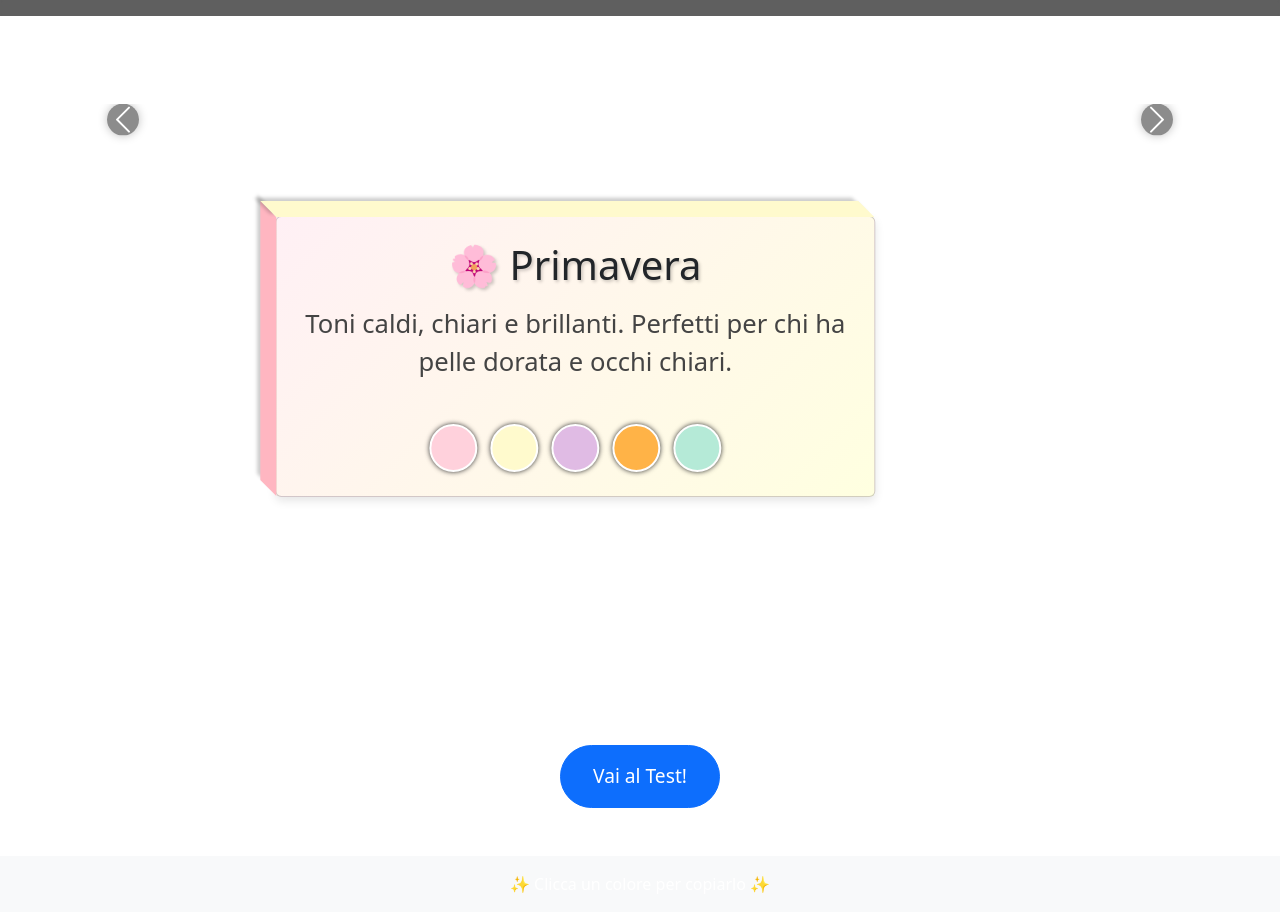
Repository: Probyte5D/Armocromia-website
Page: index.html
An editor plug-in stored every save of this project. The page is shown before and after the next save, followed by the edit.
The browser window is 1280 px wide. The pictures show the part of the page from y = 596 to 1548 px (the page is 1508 px tall before and 1548 px after).
Pictures or frames that could not be fetched are drawn as grey boxes. Backgrounds fixed to the window are drawn as part of the page.

Above is the page before, as saved 2025-04-18 04:26:43.

### index.html
<!DOCTYPE html>
<html lang="it">
<head>
  <meta charset="UTF-8" />
  <meta name="viewport" content="width=device-width, initial-scale=1.0" />
  <title>Armocromia - Scopri la tua stagione</title>

  <!-- CSS personalizzato -->
  <link rel="stylesheet" href="style.css" />

  <link href="https://fonts.googleapis.com/css2?family=Outfit:wght@300;500;700&display=swap" rel="stylesheet">
  <link href="https://fonts.googleapis.com/css2?family=Outfit:wght@300;500;700&display=swap" rel="stylesheet">
  <!-- Bootstrap CSS -->
  <link href="https://cdn.jsdelivr.net/npm/bootstrap@5.3.0-alpha1/dist/css/bootstrap.min.css" rel="stylesheet">
</head>

<body>

  <!-- NAVBAR -->
  <nav class="navbar navbar-expand-lg navbar-dark fixed-top" style="background-color: rgba(0, 0, 0, 0.5);">
    <div class="container-fluid">
      <a class="navbar-brand" href="#">
        <img src="images/logo.png" alt="Logo Armocromia" style="height: 40px;">
      </a>
      <button class="navbar-toggler" type="button" data-bs-toggle="collapse" data-bs-target="#navbarNav" aria-controls="navbarNav" aria-expanded="false" aria-label="Toggle navigation">
        <span class="navbar-toggler-icon"></span>
      </button>

      <div class="collapse navbar-collapse" id="navbarNav">
        <ul class="navbar-nav ms-auto">
          <li class="nav-item"><a class="nav-link" href="#">Home</a></li>
          <li class="nav-item"><a class="nav-link" href="#">About</a></li>
          <li class="nav-item"><a class="nav-link" href="test.html">Test Armocromia</a></li>
          <li class="nav-item"><a class="nav-link" href="#">Contact</a></li>
        </ul>
      </div>
    </div>
  </nav>

  <!-- HEADER -->
  <header>
    <h1>  <img src="images/logo.png" alt="Logo Armocromia" style="height: 10rem;"> Armocromia</h1>
    <p>Scopri le palette perfette per la tua stagione.</p>
    <button class="btn btn-outline-light mt-3" data-bs-toggle="modal" data-bs-target="#introModal">Cos'è l'Armocromia?</button>
    <div class="scroll-down">↓</div>
  </header>

  <!-- MODAL -->
  <div class="modal fade" id="introModal" tabindex="-1" aria-labelledby="introModalLabel" aria-hidden="true">
    <div class="modal-dialog">
      <div class="modal-content rounded-4 shadow">
        <div class="modal-header">
          <h5 class="modal-title">Benvenuto nel mondo dell’armocromia ✨</h5>
          <button type="button" class="btn-close" data-bs-dismiss="modal"></button>
        </div>
        <div class="modal-body">
          L'armocromia è lo studio dei colori più adatti a te in base a incarnato, occhi e capelli.
        </div>
        <div class="modal-footer">
          <button type="button" class="btn btn-primary" data-bs-dismiss="modal">Inizia!</button>
        </div>
      </div>
    </div>
  </div>

  <!-- MAIN -->
  <main>
    <section class="carousel-container">
      <div id="carouselExample" class="carousel slide" data-bs-ride="carousel">
        <div class="carousel-inner">
          <!-- Card Primavera -->
          <div class="carousel-item active">
            <div class="card primavera">
              <h3>🌸 Primavera</h3>
              <p>Toni caldi, chiari e brillanti. Perfetti per chi ha pelle dorata e occhi chiari.</p>
              <div class="palette">
                <div class="color" style="background-color: #FFD1DC;"></div>
                <div class="color" style="background-color: #FFFACD;"></div>
                <div class="color" style="background-color: #E0BBE4;"></div>
                <div class="color" style="background-color: #FFB347;"></div>
                <div class="color" style="background-color: #B5EAD7;"></div>
              </div>
            </div>
          </div>

          <!-- Card Estate -->
          <div class="carousel-item">
            <div class="card estate">
              <h3>☀️ Estate</h3>
              <p>Toni freddi e soft, ideali per carnagioni rosate e occhi chiari.</p>
              <div class="palette">
                <div class="color" style="background-color: #BFD7EA;"></div>
                <div class="color" style="background-color: #D6E2E9;"></div>
                <div class="color" style="background-color: #A2D2FF;"></div>
                <div class="color" style="background-color: #CDB4DB;"></div>
                <div class="color" style="background-color: #E2F0CB;"></div>
              </div>
            </div>
          </div>

          <!-- Card Autunno -->
          <div class="carousel-item">
            <div class="card autunno">
              <h3>🍁 Autunno</h3>
              <p>Toni caldi, intensi e terrosi. Per incarnati dorati e occhi scuri o verdi.</p>
              <div class="palette">
                <div class="color" style="background-color: #D2691E;"></div>
                <div class="color" style="background-color: #C3B091;"></div>
                <div class="color" style="background-color: #A0522D;"></div>
                <div class="color" style="background-color: #F4A460;"></div>
                <div class="color" style="background-color: #B22222;"></div>
              </div>
            </div>
          </div>

          <!-- Card Inverno -->
          <div class="carousel-item">
            <div class="card inverno">
              <h3>❄️ Inverno</h3>
              <p>Toni freddi e contrastati, perfetti per pelli olivastre e capelli scuri.</p>
              <div class="palette">
                <div class="color" style="background-color: #000000;"></div>
                <div class="color" style="background-color: #4169E1;"></div>
                <div class="color" style="background-color: #8A2BE2;"></div>
                <div class="color" style="background-color: #FF1493;"></div>
                <div class="color" style="background-color: #00CED1;"></div>
              </div>
            </div>
          </div>
        </div>

        <!-- Controlli carousel -->
        <button class="carousel-control-prev" type="button" data-bs-target="#carouselExample" data-bs-slide="prev">
          <span class="carousel-control-prev-icon"></span>
        </button>
        <button class="carousel-control-next" type="button" data-bs-target="#carouselExample" data-bs-slide="next">
          <span class="carousel-control-next-icon"></span>
        </button>
      </div>
    </section>

    <!-- Link test -->
    <section class="test-link text-center mt-5">
      <a href="test.html"><button id="vai-al-test" class="btn btn-primary">Vai al Test!</button></a>
    </section>
  </main>

  <!-- Footer -->
  <footer class="text-center mt-5 p-3 bg-light">
    <p>✨ Clicca un colore per copiarlo ✨</p>
  </footer>

  <!-- TOAST -->
  <div class="toast-container position-fixed bottom-0 end-0 p-3">
    <div id="copyToast" class="toast text-bg-success border-0" role="alert">
      <div class="d-flex">
        <div class="toast-body">Colore copiato!</div>
        <button type="button" class="btn-close btn-close-white me-2 m-auto" data-bs-dismiss="toast"></button>
      </div>
    </div>
  </div>

  <!-- Bootstrap & Script -->
  <script src="https://cdn.jsdelivr.net/npm/bootstrap@5.3.0-alpha1/dist/js/bootstrap.bundle.min.js"></script>
  <script src="script.js">

    // Inizializza carousel
const myCarousel = document.querySelector('#carouselExample');
if (myCarousel) {
  new bootstrap.Carousel(myCarousel);
}

// Clicca su colore per copiarlo
document.querySelectorAll('.color').forEach(el => {
  el.addEventListener('click', () => {
    navigator.clipboard.writeText(el.style.backgroundColor);
    const toast = new bootstrap.Toast(document.getElementById('copyToast'));
    toast.show();
  });
});

  const openBtn = document.getElementById('openModalBtn');
  const modal = document.getElementById('modal');
  const closeBtn = document.getElementById('closeModalBtn');

  openBtn.onclick = () => modal.style.display = 'flex';
  closeBtn.onclick = () => modal.style.display = 'none';

  window.onclick = e => {
    if (e.target === modal) {
      modal.style.display = 'none';
    }
  };
  document.querySelectorAll('.color').forEach(el => {
  el.addEventListener('click', () => {
    // Aggiungi la classe 'selected'
    el.classList.add('selected');
    setTimeout(() => el.classList.remove('selected'), 1000); // Rimuovi dopo 1 secondo
  });
});

</script>


  </script>
</body>
</html>

### style.css
/* Resetta eventuali margini e padding in eccesso */
body, html {
  margin: 0;
  padding: 0;
}


body {
  font-family: 'Roboto', sans-serif;
  margin: 0;
  padding: 0;
  background-color: #f0f0f0;
}

header h1 {
  font-size: 4.5rem; /* Font più grande per titoli principali */
}

header p {
  font-size: 2rem; /* Font più grande per il paragrafo */
}

/* Media Queries per schermi più grandi (desktop) */
@media (max-width: 1200px) {
  header h1 {
    font-size: 4rem; /* Titoli un po' più piccoli per schermi da 1200px */
  }

  header p {
    font-size: 1.8rem; /* Paragrafo più grande */
  }

  .card h3 {
    font-size: 2rem; /* Aumenta la dimensione del titolo della card */
  }

  .card p {
    font-size: 1.4rem; /* Paragrafo nelle card più grande */
  }

  nav ul li {
    font-size: 1.5rem; /* Aumenta la dimensione dei link di navigazione */
  }
}

/* Media Queries per schermi di medie dimensioni */
@media (max-width: 1024px) {
  header h1 {
    font-size: 3.5rem; /* Riduci leggermente la dimensione del titolo per schermi più piccoli */
  }

  header p {
    font-size: 1.6rem; /* Paragrafo più grande anche per schermi medi */
  }

  .carousel-item h3 {
    font-size: 1.8rem; /* Aumenta il titolo nella carousel */
  }

  .card p {
    font-size: 1.3rem; /* Paragrafo più grande nelle card */
  }
}

/* Media Queries per schermi più piccoli (tablet, mobile) */
@media (max-width: 768px) {
  header h1 {
    font-size: 3rem; /* Riduci il titolo, ma ancora abbastanza grande */
  }

  header p {
    font-size: 1.4rem; /* Paragrafo più grande per tablet e mobile */
  }

  .card h3 {
    font-size: 1.6rem; /* Titoli nelle card più grandi */
  }

  .card p {
    font-size: 1.2rem; /* Aumenta la dimensione del paragrafo nella card */
  }

  nav ul li {
    font-size: 1.4rem; /* Più grande anche il testo della navigazione */
  }
}

/* Media Queries per schermi molto piccoli (mobile) */
@media (max-width: 480px) {
  header h1 {
    font-size: 2.5rem; /* Titolo grande ma non troppo grande per schermi piccoli */
  }

  header p {
    font-size: 1.3rem; /* Paragrafo leggibile anche sui dispositivi mobili */
  }

  .card h3 {
    font-size: 1.4rem; /* Più grande anche il titolo delle card */
  }

  .card p {
    font-size: 1.1rem; /* Paragrafo più grande, ma leggibile anche su schermi piccoli */
  }

  nav ul li {
    font-size: 1.3rem; /* La dimensione del testo della navigazione rimane leggibile */
  }
}
.html{
  font-size: 62.5%;
  scroll-behavior: smooth;
}

header {

    height: 85vh; /* oppure 50vh, 40vh, a seconda dell'effetto desiderato */

  background: url('https://images.unsplash.com/photo-1558452337-ca6e53836504?w=500&auto=format&fit=crop&q=60&ixlib=rb-4.0.3&ixid=M3wxMjA3fDB8MHxzZWFyY2h8MTMyfHxhcm1vY3JvbWlhJTIwcGFsZXR0ZSUyMHBpdHR1cmF8ZW58MHx8MHx8fDI%3D') no-repeat center center/cover;
  color: white;
  display: flex;
  flex-direction: column;
  justify-content: center;
  align-items: center;
  text-align: center;
  background-attachment: fixed;
  padding: 20px;
  position: relative; /* importante per ::before */
}



.card {
  background-color: white;
  border: none;
  border-radius: 20px;
  padding: 2rem;
  box-shadow: 0 8px 20px rgba(0, 0, 0, 0.1);
  margin: 2rem auto;
  max-width: 600px;
  text-align: center;
}

.palette {
  display: flex;
  justify-content: center;
  gap: 10px;
  margin-top: 1rem;
}

.color {
  width: 40px;
  height: 40px;
  border-radius: 50%;
  cursor: pointer;
  border: 2px solid #fff;
  box-shadow: 0 2px 5px rgba(0,0,0,0.1);
}

#vai-al-test {
  padding: 1rem 2rem;
  font-size: 1.2rem;
  border-radius: 50px;
}


header::before {
  content: '';
  position: absolute;
  top: 0;
  left: 0;
  width: 100%;
  height: 100%;
  background: rgba(0, 0, 0, 0.4);
  backdrop-filter: blur(2px);
}

header h1, header p, header button {
  position: relative;
  z-index: 2;
}

/* Navigation Bar */
nav {
  position: fixed;
  top: 0;
  left: 0;
  width: 100%;
  background-color: #2C3E50;
  padding: 15px 30px;
  z-index: 1000;
}

nav ul {
  display: flex;
  justify-content: space-around;
  list-style: none;
  margin: 0;
  padding: 0;
}

nav ul li {
  font-size: 1.2rem;
}

nav ul li a {
  color: white;
  text-decoration: none;
  padding: 10px 20px;
  border-radius: 5px;
  transition: background-color 0.3s ease;
}

nav ul li a:hover {
  background-color: #3498db;
}

/* Carosello e Cards */
.carousel {
  display: flex;
  justify-content: space-between;
  gap: 20px;
  margin: 40px 0;
  overflow-x: auto;
  padding: 20px;
}

.card {
  width: 250px;
  padding: 20px;
  background-color: white;
  border-radius: 10px;
  box-shadow: 0 4px 10px rgba(0, 0, 0, 0.1);
  transition: transform 0.3s ease;
}

.card:hover {
  transform: scale(1.05);
}

.card h3 {
  font-size: 1.5rem;
  margin-bottom: 15px;
}

.card p {
  font-size: 1.1rem;
  color: #555;
}

.palette {
  display: flex;
  justify-content: space-between;
  gap: 10px;
  margin-top: 10px;
}

.color {
  width: 50px;
  height: 50px;
  border-radius: 8px;
  box-shadow: 0 4px 8px rgba(0, 0, 0, 0.1);
}

/* Footer */
footer {
  text-align: center;
  padding: 20px;
  background-color: #2C3E50;
  color: white;
}

footer p {
  font-size: 1rem;
  margin: 0;
}

/* Media Queries */
@media (max-width: 768px) {
  header h1 {
    font-size: 2.5rem;
  }

  header p {
    font-size: 1.2rem;
  }

  nav ul {
    flex-direction: column;
    align-items: center;
  }

  nav ul li {
    margin: 10px 0;
  }

  .carousel {
    flex-direction: column;
    align-items: center;
  }
}

.carousel {
  display: flex;
  flex-wrap: wrap;
  justify-content: center;
  gap: 3rem;
  padding: 5rem 2rem;
}

.card {
  position: relative;
  width: 30rem;
  padding: 3rem;
  border-radius: 1.5rem;
  background-color: rgba(255, 255, 255, 0.9);
  box-shadow: 0.8rem 0.8rem 2rem rgba(0, 0, 0, 0.3);
  transform: rotateY(10deg) skewX(-1deg);
  transition: transform 0.4s, box-shadow 0.4s;
  display: flex;
  flex-direction: column;
  align-items: center;
  text-align: center;
}

.card:hover {
  transform: rotateY(10deg) skewX(-1deg) translateY(-1rem);
  box-shadow: 1.5rem 1.5rem 3rem rgba(0, 0, 0, 0.4);
}

.card::before {
  content: "";
  position: absolute;
  top: 0;
  left: -1rem;
  width: 1rem;
  height: 100%;
  background-color: #bba584;
  transform: skewY(45deg);
  transform-origin: right;
  box-shadow: -.2rem -.2rem .2rem rgba(0,0,0,0.2);
}

.card::after {
  content: "";
  position: absolute;
  top: -1rem;
  left: 0;
  width: 100%;
  height: 1rem;
  background-color: #eee1c6;
  transform: skewX(45deg);
  transform-origin: bottom;
  box-shadow: -.2rem -.2rem .2rem rgba(0,0,0,0.2);
}

.card h3 {
  font-size: 2.5rem;
  margin-bottom: 1rem;
  text-shadow: 0.1rem 0.1rem 0.2rem #00000033;
}

.card p {
  font-size: 1.6rem;
  font-weight: 500;
  margin-bottom: 2rem;
  color: #444;
}

.palette {
  display: flex;
  gap: 0.8rem;
}

.color {
  width: 3rem;
  height: 3rem;
  border-radius: 50%;
  box-shadow: 0 0 0.3rem #333;
  cursor: pointer;
  transition: transform 0.3s;
}

.color:hover {
  transform: scale(1.2);
}

.primavera {
  background: linear-gradient(135deg, #fff0f5, #ffffe0);
  border-left: 1rem solid #ffd1dc;
}
.primavera::before {
  background-color: #ffb6c1;
}
.primavera::after {
  background-color: #fffacd;
}

.estate {
  background: linear-gradient(135deg, #d6e2e9, #e2f0cb);
  border-left: 1rem solid #a2d2ff;
}
.estate::before {
  background-color: #a2d2ff;
}
.estate::after {
  background-color: #cdb4db;
}

.autunno {
  background: linear-gradient(135deg, #fff5e1, #f4a460);
  border-left: 1rem solid #a0522d;
}
.autunno::before {
  background-color: #d2691e;
}
.autunno::after {
  background-color: #c3b091;
}

.inverno {
  background: linear-gradient(135deg, #e0e0e0, #d1d1ff);
  border-left: 1rem solid #8a2be2;
}
.inverno::before {
  background-color: #000000;
}
.inverno::after {
  background-color: #4169e1;
}



 /* Carosello delle stagioni */
.carousel-container {
  padding: 3rem 2rem;
  position: relative; /* Assicurati che le frecce siano posizionate rispetto a questa sezione */
}

.carousel-inner {
  display: flex;
  overflow: hidden;
}

.carousel-item {
  flex: 0 0 auto;
  width: 250px; /* Ridotto per dare spazio alle frecce */
  margin-right: 20px;
  transition: transform 0.3s ease;
}

.card {
  width: 100%; /* La card si adatta alla larghezza impostata */
  padding: 1.5rem;
  background-color: rgba(255, 255, 255, 0.9);
  border-radius: 1rem;
  box-shadow: 0 4px 10px rgba(0, 0, 0, 0.1);
  transition: transform 0.2s ease;
}



/* Stile per le frecce */
.carousel-control-prev-icon,
.carousel-control-next-icon {
  background-color: rgba(0, 0, 0, 0.9); /* Maggiore contrasto per la visibilità */
  border-radius: 50%;
  width: 40px;  /* Aumenta la dimensione della freccia */
  height: 40px;
  background-size: 30px; /* Dimensioni dell'icona */
  margin-top: 2rem;
  box-shadow: 0 0 10px rgba(0, 0, 0, 0.5); /* Aggiungi ombra per maggiore visibilità */
}

.carousel-control-prev,
.carousel-control-next {
  position: absolute;
  top: 50%;
  transform: translateY(-50%);
  z-index: 15; /* Assicurati che siano sopra le cards */
  background-color: rgba(17, 17, 17, 0.5); /* Colore di sfondo delle frecce */
  padding: 10px;
  border-radius: 50%;
  cursor: pointer; /* Aggiungi un cursore per l'interattività */
}

.carousel-control-prev {
  left: 10px; /* Posizione della freccia sinistra */
  color: #000000;
}

.carousel-control-next {
  right: 10px; /* Posizione della freccia destra */
}

/* Responsività per schermi più piccoli */
@media (max-width: 768px) {
  .carousel-item {
    width: 100%;
  }
}





.card {
  animation: fadeUp 0.8s ease forwards;
}

/* Animazioni */
@keyframes fadeUp {
  from {
    opacity: 0;
    transform: translateY(40px);
  }
  to {
    opacity: 1;
    transform: translateY(0);
  }
}

@keyframes bounce {
  0%, 100% {
    transform: translateY(0px);
  }
  50% {
    transform: translateY(10px);
  }
}



/* Pulsante trigger (stile coerente) */
#openModalBtn {
  padding: 10px 20px;
  background-color: rgba(255, 255, 255, 0.2);
  color: white;
  border: none;
  border-radius: 2rem;
  cursor: pointer;
  transition: 0.3s ease;
  backdrop-filter: blur(2px);
}

#openModalBtn:hover {
  background-color: rgba(255, 255, 255, 0.35);
}

/* Modal overlay */
.modal {
  display: none;
  position: fixed;
  z-index: 999;
  left: 0; top: 0;
  width: 100vw; height: 100vh;
  background-color: rgba(0,0,0,0.4);
  backdrop-filter: blur(3px);
  justify-content: center;
  align-items: center;
  animation: fadeUp 0.5s ease-out;
}

/* Contenuto del modal */
.modal-content {
  background: rgba(255, 255, 255, 0.15);
  border-radius: 20px;
  padding: 30px;
  width: 90%;
  max-width: 500px;
  color: white;
  backdrop-filter: blur(10px);
  text-align: center;
  position: relative;
  animation: fadeUp 0.4s ease-out;
}

/* Bottone chiusura */
#closeModalBtn {
  position: absolute;
  top: 15px;
  right: 20px;
  font-size: 1.5rem;
  cursor: pointer;
  color: white;
  opacity: 0.7;
  transition: 0.2s;
}

#closeModalBtn:hover {
  opacity: 1;
}

/* Responsività generale */
@media (max-width: 1200px) {
  header h1 {
    font-size: 3.5rem; /* Riduci la dimensione del titolo per schermi grandi ma non troppo */
  }

  .carousel {
    flex-wrap: wrap;
    justify-content: center;
  }

  .card {
    width: 30rem; /* Riduci la larghezza delle carte su schermi più grandi */
    margin-bottom: 2rem; /* Aggiungi margine per separare le card */
  }
}

@media (max-width: 1024px) {
  header h1 {
    font-size: 3rem;
  }

  .carousel-item {
    width: 100%; /* Le carte si adattano alla larghezza del contenitore */
  }

  .carousel {
    padding: 3rem 1rem; /* Riduci il padding per evitare troppa separazione */
  }
}

/* Responsività per schermi di dimensioni medie */
@media (max-width: 768px) {
  .carousel-item {
    width: 100%; /* Le carte occupano tutta la larghezza */
    margin-right: 0; /* Elimina lo spazio tra le carte */
  }

  header h1 {
    font-size: 2.5rem; /* Riduci ulteriormente la dimensione del titolo */
  }

  header p {
    font-size: 1.2rem; /* Riduci il testo del paragrafo */
  }

  nav ul {
    flex-direction: column;
    align-items: center;
  }

  .card {
    width: 90%; /* Le card occupano il 90% della larghezza */
    margin: 10px 0;
    padding: 1.5rem;
  }

  .palette {
    flex-direction: column;
    gap: 8px;
  }
}

/* Responsività per schermi piccoli */
@media (max-width: 480px) {
  header h1 {
    font-size: 2rem; /* Ancora più piccolo su schermi molto piccoli */
  }

  .carousel-item {
    width: 100%;
    margin: 0;
  }

  .carousel {
    padding: 2rem 1rem; /* Riduci il padding */
  }

  .card {
    width: 100%; /* Le card occupano tutta la larghezza */
    margin-bottom: 1rem;
  }

  .palette {
    flex-direction: column;
    gap: 6px;
  }

  .color {
    width: 2.5rem;
    height: 2.5rem; /* Rendi i colori più piccoli */
  }

  footer p {
    font-size: 0.9rem;
  }
}

/* Cambia il colore dell'icona del toggle */
.navbar-toggler-icon {
  background-color: #fff; /* Bianco per contrastare con lo sfondo scuro */
}

/* Personalizza il comportamento quando la navbar è espansa */
.navbar-collapse {
  transition: all 0.3s ease-in-out;
}

.navbar-nav .nav-link {
  font-size: 1.2rem; /* Aumenta la dimensione dei link nel menu */
  padding: 0.8rem 1rem; /* Aggiungi un po' di padding */
}

/* Esempio di modifiche per navbar su mobile */
@media (max-width: 768px) {
  .navbar-nav {
    text-align: center;
  }

  .navbar-toggler-icon {
    background-color: #f8f9fa; /* Colore più chiaro per l'icona del toggle */
  }
}

 /* Cambia il colore dell'icona del toggle */
 .navbar-toggler-icon {
  background-color: #fff;
}

/* Personalizza il comportamento quando la navbar è espansa */
.navbar-collapse {
  transition: all 0.3s ease-in-out;
}

.navbar-nav .nav-link {
  font-size: 1.2rem;
  padding: 0.8rem 1rem;
}

/* Esempio di modifiche per navbar su mobile */
@media (max-width: 768px) {
  .navbar-nav {
    text-align: center;
  }

  .navbar-toggler-icon {
    background-color: #f8f9fa;
  }
}

/* Personalizzazione logo */
.navbar-brand img {
  height: 10rem;

}

.color.selected {
  border: 2px solid #000;
  box-shadow: 0 0 10px rgba(0, 0, 0, 0.3);
}

.carousel-inner .carousel-item {
  max-width: 100%;
}

@media (max-width: 768px) {
  .card {
    margin-bottom: 20px;
  }
}

.season-img {
  width: 100%;
  height: auto;
  border-radius: 8px;
  margin-bottom: 1rem;
}

Loaded but not shown: script.js (48 lines, source omitted)

After the next save:
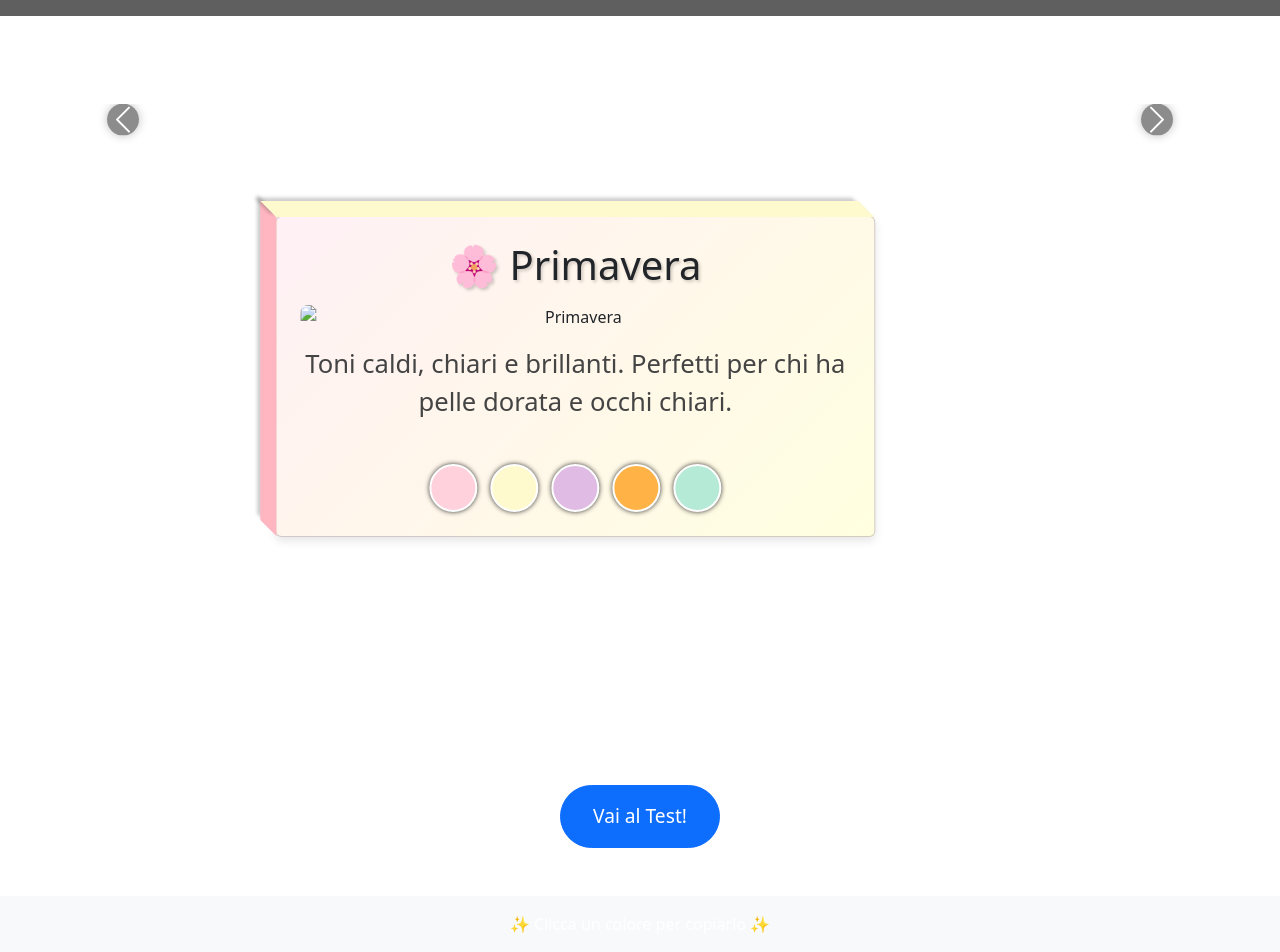
Not found: images/primavera.jpg
Saved 2 s later.
--- a/index.html
+++ b/index.html
@@ -72,6 +72,7 @@
           <div class="carousel-item active">
             <div class="card primavera">
               <h3>🌸 Primavera</h3>
+              <img src="images/primavera.jpg" alt="Primavera" class="season-img">
               <p>Toni caldi, chiari e brillanti. Perfetti per chi ha pelle dorata e occhi chiari.</p>
               <div class="palette">
                 <div class="color" style="background-color: #FFD1DC;"></div>
